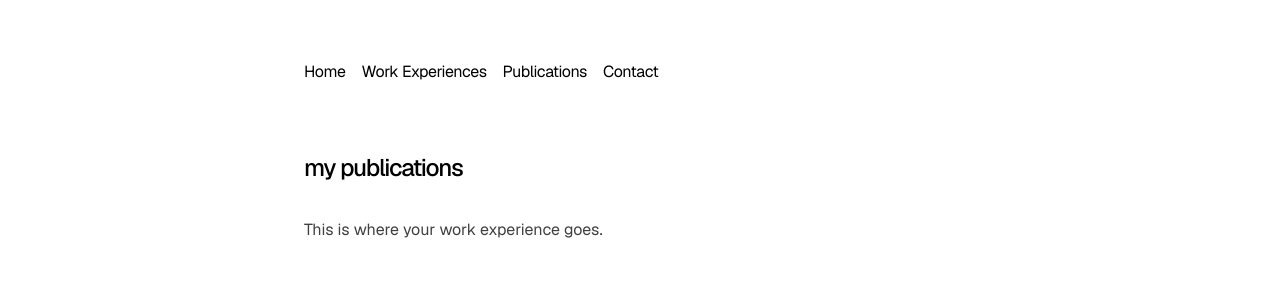
Repository: kimixz/kimixz.github.io
Page: /publications
These files come from the project's save history. The page is drawn as it stood at one moment and after the next save; the edit follows.
The browser window is 1280 px wide. The pictures show the whole page.
The project was rebuilt for these pictures with package versions that can differ from the ones it lists, and the page was loaded fresh each time. Some packages were replaced by stand-ins written for this rebuild. The framework's server and built-in components were replaced by stand-ins that run in the browser. Also part of the build but not shown: next.config.mjs, app/blog/[slug]/sandpack.tsx.

Above is the page before, as saved 2024-07-28 16:23:45.

After the next save:
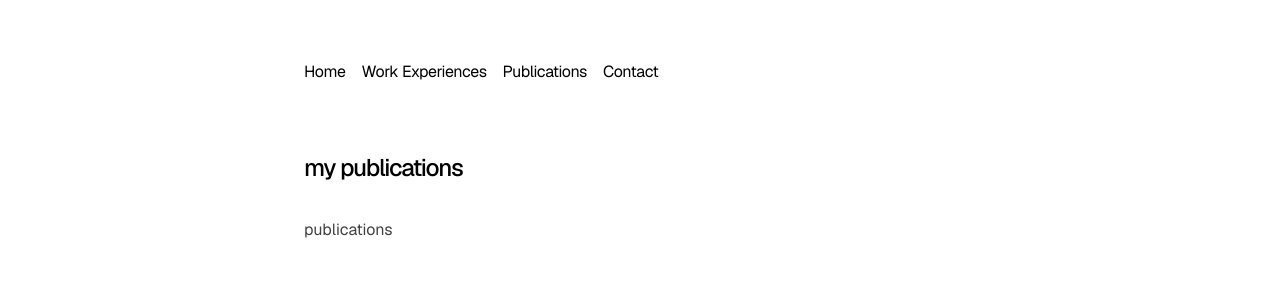
Saved 6 min 52 s later.
--- a/app/publications/page.tsx
+++ b/app/publications/page.tsx
@@ -3,7 +3,7 @@ export default function Page() {
       <section>
         <h1 className="font-medium text-2xl mb-8 tracking-tighter">my publications</h1>
         <p className="prose prose-neutral dark:prose-invert">
-          This is where your work experience goes.
+          publications
         </p>
       </section>
     );
